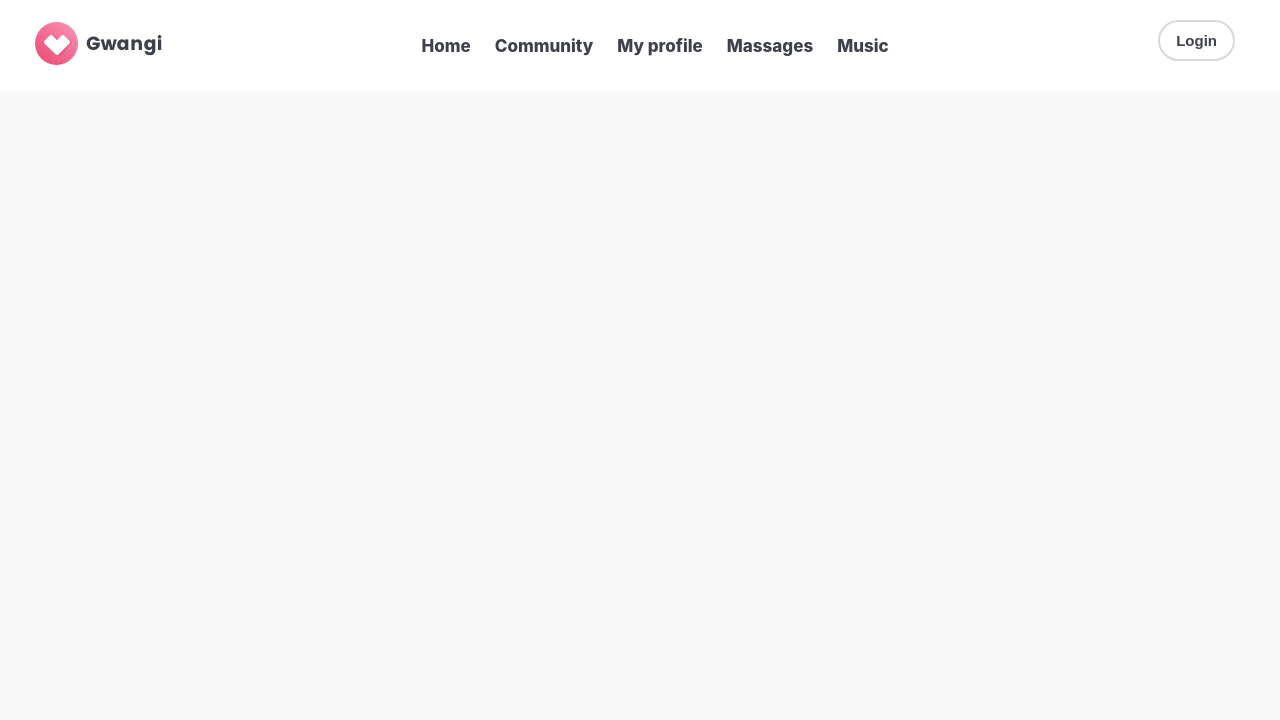
Repository: ShokunLiubov/Soc-Network-React
Page: /login
The author's editor kept a copy of each file at every save. The page is drawn from the files as they stood at one save, then again after the next save.
The browser window is 1280 px wide. The pictures show the whole page.
The project was rebuilt for these pictures with package versions that can differ from the ones it lists, and the page was loaded fresh each time. Also part of the build but not shown: src/components/common/Paginator/Paginator.module.css, src/components/common/Paginator/Paginator.jsx, src/components/Community/Community.module.css, src/components/Community/Friend/Friend.jsx, src/components/Community/Community.jsx, src/components/common/Preloader/Preloader.jsx, src/components/Community/CommunityContainer.jsx, src/components/Dialogs/Dialogs.module.css and 14 more.

Above is the page before, as saved 2022-08-24 17:20:16.

### src/index.js
import reportWebVitals from './reportWebVitals';
import store from './redux/redux-store';
import React from 'react';
import ReactDOM from 'react-dom/client';
import './index.css';
import App from './App';
import { BrowserRouter } from 'react-router-dom';
import { Provider } from 'react-redux'

const root = ReactDOM.createRoot(document.getElementById('root'));

  root.render(

      <BrowserRouter>
        <Provider store={store}>
          <App />
        </Provider>
      </BrowserRouter>


  );


// If you want to start measuring performance in your app, pass a function
// to log results (for example: reportWebVitals(console.log))
// or send to an analytics endpoint. Learn more: https://bit.ly/CRA-vitals
reportWebVitals();

### src/redux/redux-store.js
import {combineReducers, legacy_createStore as createStore} from "redux"
import dialogsReducer from "./dialogs-reducer"
import profileReducer from "./profile-reducer"
import communityReducer from "./community-reducer"
import authReducer from "./auth-reducer"

let reducers = combineReducers({
    profilePage : profileReducer,
    dialogsPage : dialogsReducer,
    communityPage : communityReducer,
    auth: authReducer
})

let store = createStore(reducers)

export default store;

### src/App.js
import React from 'react';
import { Routes, Route } from "react-router-dom";
import './App.css';
import Registration from './components/Auth/Registration/Registration';
import CommunityContainer from './components/Community/CommunityContainer';
import DialogsContainer from './components/Dialogs/DialogsContainer';
import Home from './components/Home/Home';
import Music from './components/Music/Music';
import Navbar from './components/Navbar/Navbar';
import ProfileContainer from './components/Profile/ProfileContainer';

function App(props) {
  return (

    <div className='app-wrapper'>
      <Navbar />
      <Routes>
        <Route path='/home/*' element={<Home />} />

        <Route path='/community/*' element={<CommunityContainer />} />

        <Route path='/profile/:id' element={<ProfileContainer />} />
        <Route path='/profile/*' element={<ProfileContainer />} />

        <Route path='/dialogs/*' element={<DialogsContainer />} />

        <Route path='/music/*' element={<Music />} />

        <Route path='/login/*' element={<Registration />} />

      </Routes>

    </div>

  );
}

export default App;

### src/redux/dialogs-reducer.js
const SAND_MASSAGE = 'SAND-MASSAGE'
const UPDATE_NEW_MASSAGE_TEXT = 'UPDATE-NEW-MASSAGE-TEXT'

let initialState = {
    dialogsData: [
        { id: 1, name: 'Vika', ava: './../images/ava-w1.jpeg' },
        { id: 2, name: 'Eugen', ava: './../images/ava-m2.png' },
        { id: 3, name: 'Liubov', ava: './../images/ava-w3.jpeg' },
        { id: 4, name: 'Max', ava: './../images/ava-m1.jpeg' },
        { id: 5, name: 'Nika', ava: './../images/ava-w2.webp' }
    ],
    massagesData: [
        { id: 1, massage: 'Hi' },
        { id: 2, massage: 'How are you?' },
        { id: 3, massage: 'I am okey!' }
    ],
    newMassageText: ''
}

const dialogsReducer = (state = initialState, action) => {

    switch (action.type) {
        case SAND_MASSAGE:
            let text = state.newMassageText
            return {
                ...state,
                newMassageText: '',
                massagesData: [...state.massagesData, {id: Date.now(),massage: text}]
            }

        case UPDATE_NEW_MASSAGE_TEXT:
            return {
                ...state,
                newMassageText: action.newText
            }

        default:
            return state
    }

}

export const sandMassage = () => ({ type: SAND_MASSAGE })

export const onMassageChange = (text) =>
    ({ type: UPDATE_NEW_MASSAGE_TEXT, newText: text })

export default dialogsReducer;

### src/redux/profile-reducer.js
const ADD_POST = 'ADD-POST'
const UPDATE_NEW_POST_TEXT = 'UPDATE-NEW-POST-TEXT'
const SET_USER_PROFILE = 'SET-USER-PROFILE'

let initialState = {
    userProfile: {},
    postsData: [
        { id: 1, massage: 'Hi, how are you?', countLikes: '12', time: '29 minutes ago' },
        { id: 2, massage: 'It is my first post', countLikes: '99+', time: 'yesterday' },
        { id: 3, massage: 'My name Liubov, I am wife Eugen', countLikes: '32', time: 'week ago' }
    ],
    newPostText: ''
}

const profileReducer = (state = initialState, action) => {
    switch (action.type) {
        case ADD_POST:
            let newPost = {
                id: Date.now(),
                massage: state.newPostText,
                countLikes: '0',
                time: new Date().toLocaleTimeString()
            }
            return {
                ...state,
                newPostText: '',
                postsData: [newPost, ...state.postsData]
            }

        case UPDATE_NEW_POST_TEXT:
            return {
                ...state,
                newPostText: action.newText
            }
        case SET_USER_PROFILE:
            return {
                ...state,
                userProfile: action.profile

            }
        default:
            return state
    }


}

export const addPost = () => ({ type: ADD_POST })

export const updateNewPostText = (text) =>
    ({ type: UPDATE_NEW_POST_TEXT, newText: text })

export const setUserProfile = (profile) =>
    ({ type: SET_USER_PROFILE, profile})


export default profileReducer;

### src/redux/community-reducer.js
const FOLLOW = 'FOLLOW'
const UN_FOLLOW = 'UN-FOLLOW'
const SET_USERS = 'SET-USERS'
const SET_PAGE = 'SET-PAGE'
const SET_USERS_TOTAL_COUNT = 'SET-USERS-TOTAL-COUNT'
const TOGGLE_IS_FETCHING = 'TOGGLE-IS-FETCHING'

let initialState = {
    userData: [ ],
    pageSize: 10,
    totalUsersCount: 0,
    currentPage: 1,
    currentPageSize: 1,
    isFetching: false
}
const communityReducer = (state = initialState, action) => {
    switch (action.type) {
        case FOLLOW:
            return {
                ...state,
                userData: state.userData.map (user => {
                    if(user.id === action.userID) {
                        return {...user, followed: true}
                    }
                    return user
                })
            }
        case UN_FOLLOW:
            return {
                ...state,
                userData: state.userData.map (user => {
                    if(user.id === action.userID) {
                        return {...user, followed: false}
                    }
                    return user
                })
            }
        case SET_USERS:
            return {
                ...state,
                userData: action.users
            }
        case SET_PAGE:
            return {
                ...state,
                currentPage: action.page
                }
        case SET_USERS_TOTAL_COUNT:
            return {
                ...state,
                totalUsersCount: action.UsersTotalCount
            }
        case TOGGLE_IS_FETCHING:
            return {
                ...state,
                isFetching: action.isFetching
            }
        default:
            return state
    }
}

export const follow = (userID) => ({ type: FOLLOW, userID })

export const unFollow = (userID) => ({ type: UN_FOLLOW, userID })

export const setUsers = (users) => ({ type: SET_USERS, users })

export const setPage = (page) => ({ type: SET_PAGE, page })

export const setUsersTotalCount = (UsersTotalCount) => ({ type: SET_USERS_TOTAL_COUNT, UsersTotalCount })

export const toggleFetching = (isFetching) => ({ type: TOGGLE_IS_FETCHING, isFetching })

export default communityReducer;


// Создать кнопки prev next
// if(currentPage > 1) { prev
// } минус 1  при отрисовки подставляться значения, исключение первая страница
// Отображать в пагинации 5 стр и одну последнюю , учесть если будет меньше 5 стр

### src/redux/auth-reducer.js
const SET_USER_DATA = 'SET-USER-DATA'
// const UN_FOLLOW = 'UN-FOLLOW'

let initialState = {
    userId: undefined,
    email: undefined,
    login: undefined,
    isFetching: false
}
const authReducer = (state = initialState, action) => {
    switch (action.type) {
        case SET_USER_DATA:
            return {
                ...state,
                ...action.data
            }
        // case TOGGLE_IS_FETCHING:
        //     return {
        //         ...state,
        //         isFetching: action.isFetching
        //     }
        default:
            return state
    }
}

export const setUserData = (userId, email, login) => ({ type: SET_USER_DATA, data: {userId, email, login} })

// export const toggleFetching = (isFetching) => ({ type: TOGGLE_IS_FETCHING, isFetching })

export default authReducer;

### src/components/Auth/Registration/Registration.jsx
import React from 'react';
import styles from './Registration.module.css'

const Registration = () => {
    return (
        <div className={styles.background}>

        </div>
    )
}

export default Registration;

### src/components/Dialogs/DialogsContainer.jsx
import React from 'react';
import { sandMassage, onMassageChange } from '../../redux/dialogs-reducer';
import Dialogs from './Dialogs';
import { connect } from 'react-redux'


let mapStateToProps = (state) => {
    return {
        dialogsData: state.dialogsPage.dialogsData,
        massagesData: state.dialogsPage.massagesData,
        newMassageText: state.dialogsPage.newMassageText
    }
}

const DialogsContainer = connect(mapStateToProps, { sandMassage, onMassageChange })(Dialogs)

export default DialogsContainer;

### src/components/Navbar/Navbar.jsx
import React from 'react';
import { NavLink } from 'react-router-dom';
import styles from './Navbar.module.css'

const Navbar = () => {
    return (
        <div className={styles.navbar}>
            {/* LOGO */}
            <div className={styles.logo}><img src='./../images/logotype.png' /></div>
             {/* LOGO */}

            {/* MENU */}
            <nav className={styles.menu}>
                <div className={styles.item}>
                    <NavLink to='/home' className={navData => navData.isActive ? styles.active : styles.item}>Home</NavLink>
                </div>
                <div className={styles.item}>
                    <NavLink to='/community' className={navData => navData.isActive ? styles.active : styles.item}>Community</NavLink>
                </div>
                <div className={styles.item}>
                    <NavLink to='/profile' className={navData => navData.isActive ? styles.active : styles.item}>My profile</NavLink>
                </div>
                <div to='/dialogs' className={styles.item}>
                    <NavLink to='/dialogs' className={navData => navData.isActive ? styles.active : styles.item}>Massages</NavLink>
                </div>
                <div className={styles.item}>
                    <NavLink to='/music' className={navData => navData.isActive ? styles.active : styles.item}>Music</NavLink>
                </div>
            </nav>
            {/* MENU */}

            {/* LOGIN */}
            <NavLink to='/login' className={styles.login}>
                <button className='button'>Login</button>
            </NavLink>
            {/* LOGIN */}

        </div>
    )
}

export default Navbar;

### src/components/Auth/Registration/Registration.module.css
.background {
    background-image: url(./../../../../public/images/registration-bgr.jpeg);
}

### src/components/Navbar/Navbar.module.css
.navbar {
    display: flex;
    justify-content: space-between;
    align-items: center;
    padding: 20px 35px;
    background-color: #ffffff;
}

.logo {
    cursor: pointer;
}

.menu {
    display: flex;
}

.item a {
    margin: 0 12px;
    font-size: 17px;
    color: #3e404a;
    font-weight: 800;
    cursor: pointer;
    text-decoration: none;
}

.item a.active {
    color: #ef5b86;
}

.login {
    text-decoration: none;
}

### src/components/Profile/Profile_body/MyPosts/Post/Post.module.css
.post {
    background-color: #ffffff;
    border: 1px solid #e8e8e9;
    border-radius: 10px;
    margin: 50px 0;
    position: relative;
    width: 70%;
    min-height: 100px;
}

.personInfo img {
    position: absolute;
    top: -20px;
    left: -20px;
    width: 80px;
    height: 80px;
    object-fit: cover;
    border-radius: 10px;
}

.personInfo {
    display: flex;
}

.postInfo {
    margin: 10px 80px;
}

.nickname {
    color: #3e404a;
    font-size: 18px;
    font-weight: 700;
}

.time {
    color: #9da6b0;
    font-size: 12px;
    font-weight: 600;
    margin-top: 5px;
}

.massage {
    color: #9ca6af;
    font-size: 15px;
    font-weight: 700;
    margin: 10px 80px;
}

.like {
    width: 100%;
    display: flex;
    justify-content: end;
}

button{
    background: none;
    border: none;
    display: flex;
    align-items: center;
    margin: 0 10px 10px;
}

.countLike {
    margin-left: 5px;
    color: #9da6b0;
    font-size: 12px;
    font-weight: 500;
}

Loaded but not shown: public/index.html (common file); src/reportWebVitals.js (common file); src/index.css (common file); src/App.css (common file); src/components/Home/Home.module.css (no stored copy; drawn as an empty file); src/components/Music/Music.module.css (no stored copy; drawn as an empty file); src/components/Profile/Profile.module.css (no stored copy; drawn as an empty file)

After the next save:
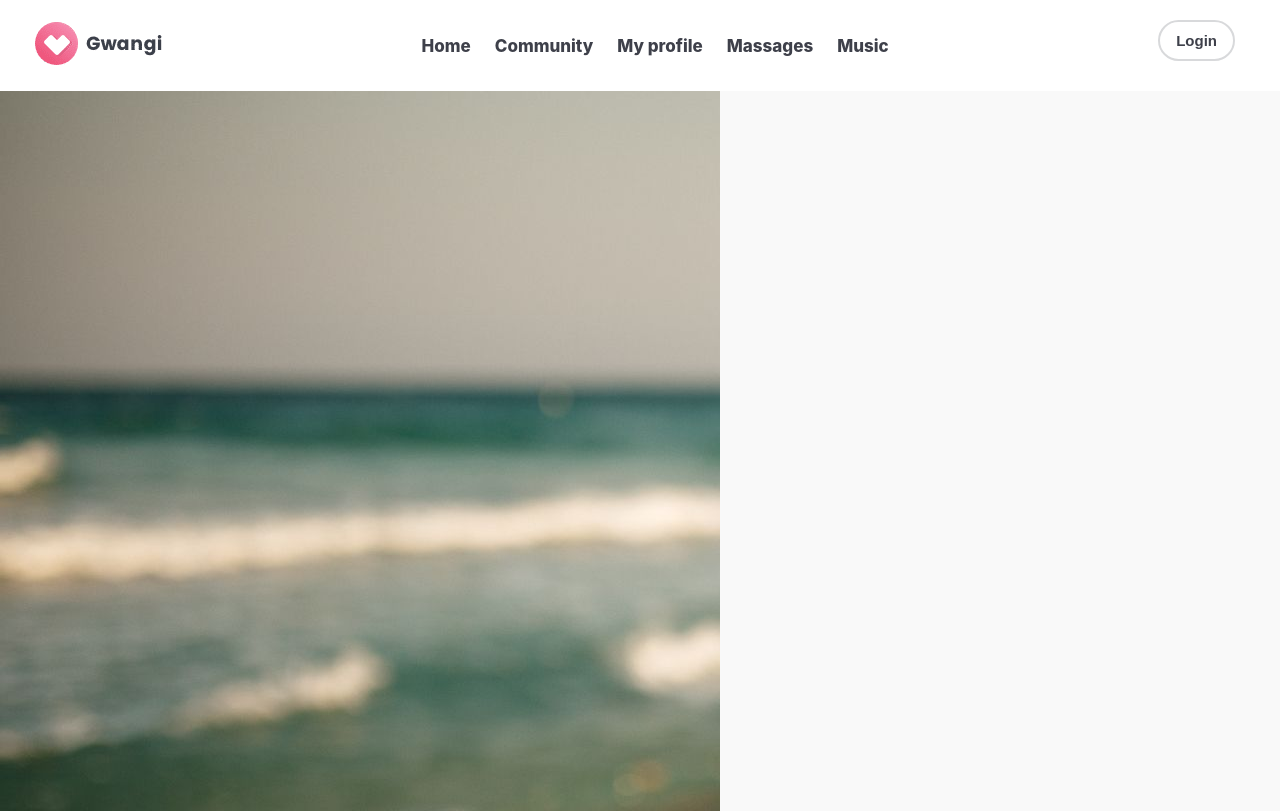
Saved 24 s later.
--- a/src/components/Auth/Registration/Registration.module.css
+++ b/src/components/Auth/Registration/Registration.module.css
@@ -1,3 +1,5 @@
 .background {
     background-image: url(./../../../../public/images/registration-bgr.jpeg);
+    width: 100vh;
+    height: 100vh;
 }
